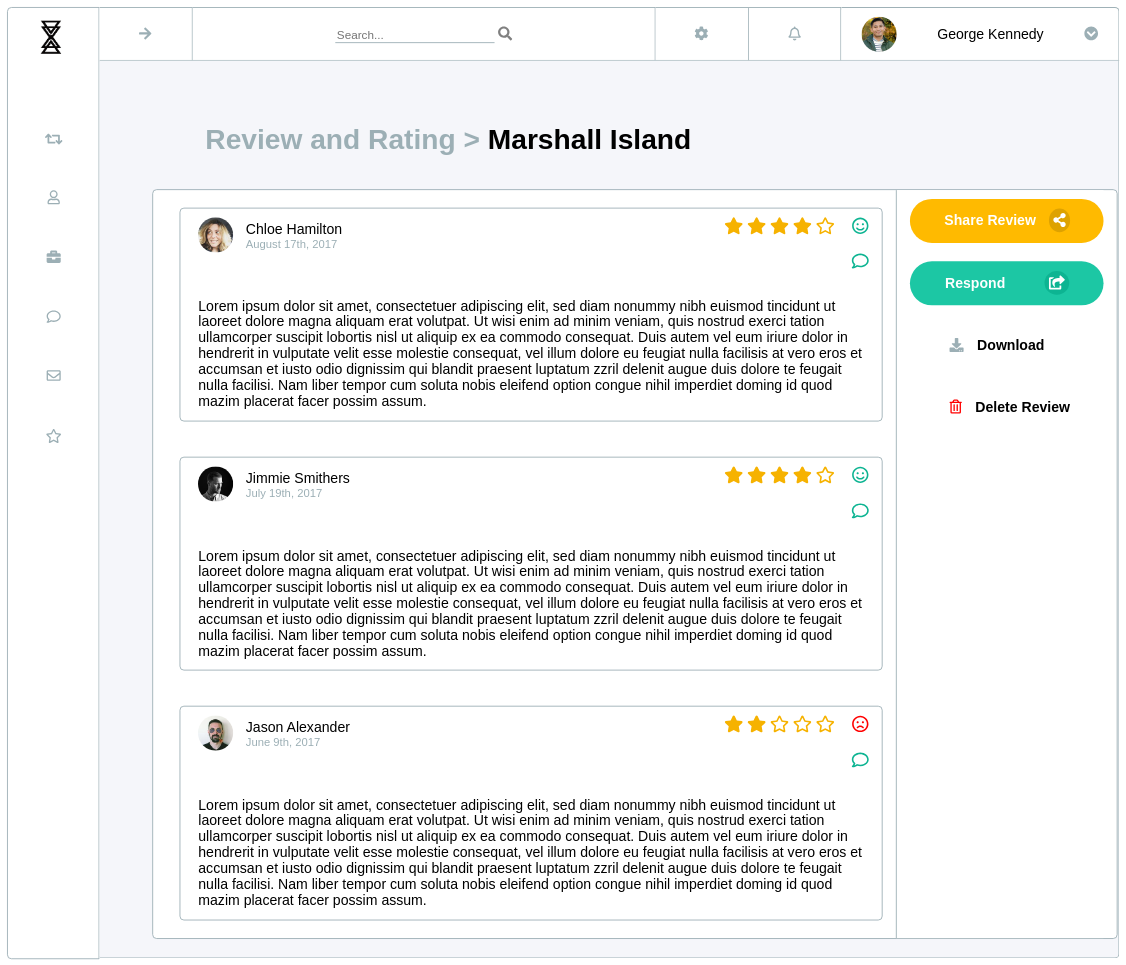
Repository: WKWilson7392/advanced-css
Page: index.html
The author's editor kept a record of every edit. The page is drawn from the files as they stood at one moment, then again after the next edit.
The browser window is 1280 px wide. The pictures show the whole page, at 88% of full size.
Some web libraries are served in a nearby version.

Above is the page before.

### index.html
<!DOCTYPE html>
<html>
  <head>
    <meta charset="UTF-8">
  <meta name="viewport" content="width=device-width,initial-scale=1">
    <title>title</title>
  <meta name="author" content="name">
  <meta name="description" content="description here">
  <meta name="keywords" content="keywords,here">
  <link rel="shortcut icon" href="favicon.ico" type="image/vnd.microsoft.icon">
  <link href="https://use.fontawesome.com/releases/v5.0.6/css/all.css" rel="stylesheet">
  <script defer src="https://use.fontawesome.com/releases/v5.0.6/js/all.js"></script>
  <link rel="stylesheet" href="css/main.css" type="text/css">
  </head>
  <body>
  <div class="mainWrapper">
    <div class="sidebar">
      <div class="logo">
        <a href="#"><img src="img/logo.png" height="50px" width="50px"></a>
      </div>
      <div class="refreshIcon">
        <a href=""><i class="fas icon fa-retweet"></i></a>
      </div>
      <div class="userIcon">
        <a href=""><i class="far icon fa-user"></i></a>
      </div>
      <div class="briefcaseIcon">
        <a href=""><i class="fas icon fa-briefcase"></i></a>
      </div>
      <div class="messages">
        <a href=""><i class="far icon fa-comment"></i></a>
      </div>
      <div class="textMessage">
        <a href=""><i class="far icon fa-envelope"></i></a>
      </div>
      <div class="favoriteIcon">
        <a href=""><i class="far icon fa-star"></i></a>
      </div>
    </div>
    <div class="arrowIcon">
      <a href="#"><i class="fas icon fa-arrow-right"></i></a>
    </div>
    <div class="searchBar">
      <div class="wrap">
         <div class="search">
            <input type="text" class="searchTerm" placeholder="Search...">
            <a><button type="submit" class="searchButton"></a>
              <i class="fa fa-search"></i>
           </button>
         </div>
      </div>
    </div>
    <div class="settingsIcon">
      <a href="#"><i class="fas fa-cog"></i></a>
    </div>
    <div class="alertsIcon">
      <a href="#"><i class="far fa-bell"></i></a>
    </div>
    <div class="userDropdown">
      <img src="img/face1.jpg" height="40px" width="40px">
      <p>George Kennedy</p>
      <a href="#"><i class="fas fa-chevron-circle-down"></i></a>
    </div>
    <div class="reviewArea">
      <div class="selectorText">

        <h1>Review and Rating > <a href="#">Marshall Island</a></h1>
      </div>
      <div class="reviewBox">
        <div class="box1">
          <div class="userInfo">
             <div class="infoContainer">
             <a href="#"><img src="img/face2.jpg" height="40px" width="40px"></a>
             <h4>Chloe Hamilton</h4><p>August 17th, 2017</p>
             </div>
          </div>
          <div class="rating">
            <div class="stars">
              <i class="fas fa-star"></i>
              <i class="fas fa-star"></i>
              <i class="fas fa-star"></i>
              <i class="fas fa-star"></i>
              <i class="far fa-star"></i>
              <i class="far fa-smile"></i>
            </div>
            <div class="reviewComment">
              <p></p><i class="far fa-comment"></i>
            </div>

          </div>
          <div class="review">
            Lorem ipsum dolor sit amet, consectetuer adipiscing elit,
            sed diam nonummy nibh euismod tincidunt ut laoreet dolore
            magna aliquam erat volutpat. Ut wisi enim ad minim veniam,
            quis nostrud exerci tation ullamcorper suscipit lobortis nisl
            ut aliquip ex ea commodo consequat. Duis autem vel eum iriure
            dolor in hendrerit in vulputate velit esse molestie consequat,
            vel illum dolore eu feugiat nulla facilisis at vero eros et
            accumsan et iusto odio dignissim qui blandit praesent luptatum
            zzril delenit augue duis dolore te feugait nulla facilisi.
            Nam liber tempor cum soluta nobis eleifend option congue
            nihil imperdiet doming id quod mazim placerat facer possim
            assum.
          </div>
        </div>
        <div class="longCol">
          <button type="button" class="share">Share Review <div><i class="fas fa-share-alt"></i></div></button>
          <button type="button" class="respond">Respond <div><i class="fas fa-share-square"></i></div></button>
          <div class="download">
            <a href="#"><i class="fas fa-download"></i><p>Download</p></a>
          </div>
          <div class="delete">
            <a href="#"><i class="far fa-trash-alt"></i><p>Delete Review</p></a>
          </div>
          <div>

          </div>


        </div>
        <div class="box2">
          <div class="userInfo">
             <div class="infoContainer">
             <a href="#"><img src="img/face3.jpg" height="40px" width="40px"></a>
             <h4>Jimmie Smithers</h4><p>July 19th, 2017</p>
             </div>
          </div>
          <div class="rating">
            <div class="stars">
              <i class="fas fa-star"></i>
              <i class="fas fa-star"></i>
              <i class="fas fa-star"></i>
              <i class="fas fa-star"></i>
              <i class="far fa-star"></i>
              <i class="far fa-smile"></i>
            </div>
            <div class="reviewComment">
              <p></p><i class="far fa-comment"></i>
            </div>

          </div>
          <div class="review">
            Lorem ipsum dolor sit amet, consectetuer adipiscing elit,
            sed diam nonummy nibh euismod tincidunt ut laoreet dolore
            magna aliquam erat volutpat. Ut wisi enim ad minim veniam,
            quis nostrud exerci tation ullamcorper suscipit lobortis nisl
            ut aliquip ex ea commodo consequat. Duis autem vel eum iriure
            dolor in hendrerit in vulputate velit esse molestie consequat,
            vel illum dolore eu feugiat nulla facilisis at vero eros et
            accumsan et iusto odio dignissim qui blandit praesent luptatum
            zzril delenit augue duis dolore te feugait nulla facilisi.
            Nam liber tempor cum soluta nobis eleifend option congue
            nihil imperdiet doming id quod mazim placerat facer possim
            assum.
          </div>
        </div>
        <div class="box3">
          <div class="userInfo">
             <div class="infoContainer">
             <a href="#"><img src="img/face4.jpg" height="40px" width="40px"></a>
             <h4>Jason Alexander</h4><p>June 9th, 2017</p>
             </div>
          </div>
          <div class="rating">
            <div class="stars">
              <i class="fas fa-star"></i>
              <i class="fas fa-star"></i>
              <i class="far fa-star"></i>
              <i class="far fa-star"></i>
              <i class="far fa-star"></i>
              <i class="far fa-frown"></i>
            </div>
            <div class="reviewComment">
              <p></p><i class="far fa-comment"></i>
            </div>

          </div>
          <div class="review">
            Lorem ipsum dolor sit amet, consectetuer adipiscing elit,
            sed diam nonummy nibh euismod tincidunt ut laoreet dolore
            magna aliquam erat volutpat. Ut wisi enim ad minim veniam,
            quis nostrud exerci tation ullamcorper suscipit lobortis nisl
            ut aliquip ex ea commodo consequat. Duis autem vel eum iriure
            dolor in hendrerit in vulputate velit esse molestie consequat,
            vel illum dolore eu feugiat nulla facilisis at vero eros et
            accumsan et iusto odio dignissim qui blandit praesent luptatum
            zzril delenit augue duis dolore te feugait nulla facilisi.
            Nam liber tempor cum soluta nobis eleifend option congue
            nihil imperdiet doming id quod mazim placerat facer possim
            assum.
          </div>

        </div>
      </div>

    </div>


  </div>
  <script src="//ajax.googleapis.com/ajax/libs/jquery/1.7.2/jquery.min.js" type="text/javascript"></script>
  </body>
</html>

### css/main.css
body {
    font-family: "Prompt", sans-serif;
}

.icon::before {
    display: inline-block;
    margin-right: .5em;
    font: normal normal normal 14px/1 FontAwesome;
    font-size: inherit;
    text-rendering: auto;
    -webkit-font-smoothing: antialiased;
    -moz-osx-font-smoothing: grayscale;
    transform: translate(0, 0);
}

button, input[type="submit"], input[type="reset"] {
    background: none;
    color: inherit;
    border: none;
    padding: 0;
    font: inherit;
    cursor: pointer;
    outline: inherit;
}

.mainWrapper {
    display: grid;
    grid-template-columns: 1fr 1fr 5fr 1fr 1fr 3fr;
    grid-template-rows: 60px 1fr;

}

.sidebar {
    grid-column: 1 / 2;
    background: white;
    height: 1080px;
    border-bottom: 1px solid #9CAFB5;
    border-right: 1px solid #9CAFB5;
    display: grid;
    grid-template-rows: 2fr 1fr 1fr 1fr 1fr 1fr 1fr 8fr;
    justify-items: center;
    border-radius: 5px 0 0 5px;
    border-left: 1px solid #9CAFB5;
    border-top: 1px solid #9CAFB5;
    align-items: center;


}

.sidebar .logo {
    padding-top: 20px;
}
.sidebar .logo:hover {
    border: none;
}



.logo{
    padding-top: 5px;
}
.arrowIcon {
    background: white;
    height: 60px;
    border-right: 1px solid #9CAFB5;
    border-bottom: 1px solid #9CAFB5;
    display: flex;
    align-items: center;
    justify-content: center;
    border-top: 1px solid #9CAFB5
}

.searchBar {
    background: white;
    height: 60px;
    border-right: 1px solid #9CAFB5;
    border-bottom: 1px solid #9CAFB5;
    display: flex;
    align-items: center;
    justify-content: center;
    border-top: 1px solid #9CAFB5
}

.searchButton {
    border: none;
    background: white;
    color: grey;
}
.searchTerm {
    border: none;
    border-bottom: 1px solid #9CAFB5;
}

.searchTerm:focus {
    border: none;
    border-bottom: 1px solid #9CAFB5;
    outline: none;
}


.settingsIcon {
    background: white;
    height: 60px;
    border-right: 1px solid #9CAFB5;
    border-bottom: 1px solid #9CAFB5;
     display: flex;
    align-items: center;
    justify-content: center;
    border-top: 1px solid #9CAFB5
}

.alertsIcon {
    background: white;
    height: 60px;
    border-right: 1px solid #9CAFB5;
    border-bottom: 1px solid #9CAFB5;
     display: flex;
    align-items: center;
    justify-content: center;
    border-top: 1px solid #9CAFB5
}

.userDropdown {
    background: white;
    height: 60px;
    border-right: 1px solid #9CAFB5;
     display: flex;
    align-items: center;
    justify-content: space-around;
    border-radius: 0 5px 0 0;
    border-top: 1px solid #9CAFB5
}

.userDropdown img {
    border-radius: 50%;
}
.userDropdown p {
    color: black;
    font-size: 1rem;
}

.reviewArea {
    background: #F5F6FA;
    grid-column: 2 / 12;
    grid-row: 2 / 3;
    height: 1019px;
    border-top: 1px solid #9CAFB5;
    border-bottom: 1px solid #9CAFB5;
    border-right: 1px solid #9CAFB5;
    border-radius: 0 0 5px 0;
}

.reviewArea {
    display: grid;
    grid-template-rows: 1fr 6fr;
    grid-columns: 1fr 4fr 1fr;

}
a {
    color: #9CAFB5
}
.sidebar  a .icon {
    width: 100%;
    padding: 30% 0 20% 0 ;
}
.sidebar a {
    height: 100%;
}
.sidebar div:hover {
    border-right: 2.5px solid #2ACAA9;
}

.sidebar div {
    height: 100%;
}
.sidebar a .icon:hover {
    color: #2ACAA9;


}

a:hover {
    color: #2ACAA9;
}

.selectorText {
    display: inline-block;
    text-decoration: none;
    color: #9CAFB5;
    padding: 50px 0 50px 120px;
    margin-bottom: -60px;

}

.selectorText a {
    text-decoration: none;
    color: black;
}

.reviewBox {
    height: 850px;
    width: 92%;
    margin-left: 60px;
    margin-right: 80px;
    display: grid;
    grid-template-rows: 1fr 1fr 1fr;
    grid-template-columns: 4fr 1fr;
    border: 1px solid #9CAFB5;
    border-radius: 5px;
    padding: 0px 15px;
    background: white;


}

.box1 {
    background: white;
    grid-row: 1 / 2;
    grid-column: 1 / 3;
    display: flex;
    flex-flow: row wrap;
    justify-content: space-between;
    border: 1px solid #9CAFB5;
    border-radius: 5px;
    margin: 20px 15px;
}

.longCol {
    background: white;
    grid-row: 1 / 4;
    grid-column: 3 / 4;
    border-left: 1px solid #9CAFB5;
    display: grid;
    grid-template-rows: 1fr 1fr 1fr 1fr 8fr;
    justify-content: center;
    align-items: center;
}

.box2 {
    background: white;
    grid-row: 2 / 3;
    grid-column: 1 / 3;
    display: flex;
    flex-flow: row wrap;
    justify-content: space-between;
    border: 1px solid #9CAFB5;
    border-radius: 5px;
    margin: 20px 15px;

}

.box3 {
    background: white;
    grid-row: 3 / 4;
    grid-column: 1 / 3;
    display: flex;
    flex-flow: row wrap;
    justify-content: space-between;
    border: 1px solid #9CAFB5;
    border-radius: 5px;
    margin: 20px 15px;

}

.box1:hover, .box2:hover, .box3:hover {
     border: 2px solid #2ACAA9;

}

.userInfo {
    flex-grow: 1;

}

.infoContainer h4, p {
 margin: 0;
}
.infoContainer h4 {
    padding-top: 15px;
    font-weight: 400;
}

.infoContainer p {
    font-size: .8rem;
    color: #9CAFB5;
}

.userInfo a img {
    margin-top: 10px;
    margin-left: 20px;
    margin-right: 14px;
    border-radius: 50%;
    float: left;
}

.rating .stars {
    padding: 10px 15px;

}

.rating .stars .fa-star {
    color: #F6B200;
    font-size: 1.2rem
}

.rating .stars .fa-smile {
    margin-left: 15px;
}
.rating .stars .fa-frown {
    margin-left: 15px;
}


.rating .stars .fa-smile {
    color: #0DB492;
    font-size: 1.2rem
}

.rating .stars .fa-frown {
    color: red;
    font-size: 1.2rem
}
.rating .reviewComment .fa-comment {
    float: right;
    padding: 10px 15px;
}

.reviewComment .fa-comment {
    color: #0DB492;
    font-size: 1.2rem;
}

.review {
     margin-top: 10px;
    margin-left: 20px;
    margin-right: 14px;
}

.longCol .share {
    width: 220px;
    height: 70%;
    margin-left: 15px;
    background: #FFBA00;
    color: white;
    font-weight: 600;
    border-radius: 30px;

}
.longCol .share div {
    display: inline;
    margin-left: 10px;
    background: #DEA200;
    padding: 5px;
    border-radius: 50%;
}

.longCol .respond {
    width: 220px;
    height: 70%;
    margin-left: 15px;
    background: #1CC7A4;
    color: white;
    font-weight: 600;
    border-radius: 30px;
}
.longCol .respond div {
    display: inline;
    margin-left: 40px;
    background: #0DB492;
    padding: 5px;
    border-radius: 50%;
}
.longCol a {
    text-decoration: none;
}
.longCol .download p {
    display: inline;
    padding-left: 15px;
    color: black;
    font-weight: 600;

}

.longCol .download {
    margin-left: 60px;
}

.longCol .download .fa-download {
    color: #9CAFB5;
}


.longCol .delete p {
    display: inline;
    padding-left: 15px;
    color: black;
    text-decoration: none;
    font-weight: 600;

}

.longCol .delete {
    margin-left: 60px;
}

.longCol .delete .fa-trash-alt {
    color: red;
}

After the next edit:
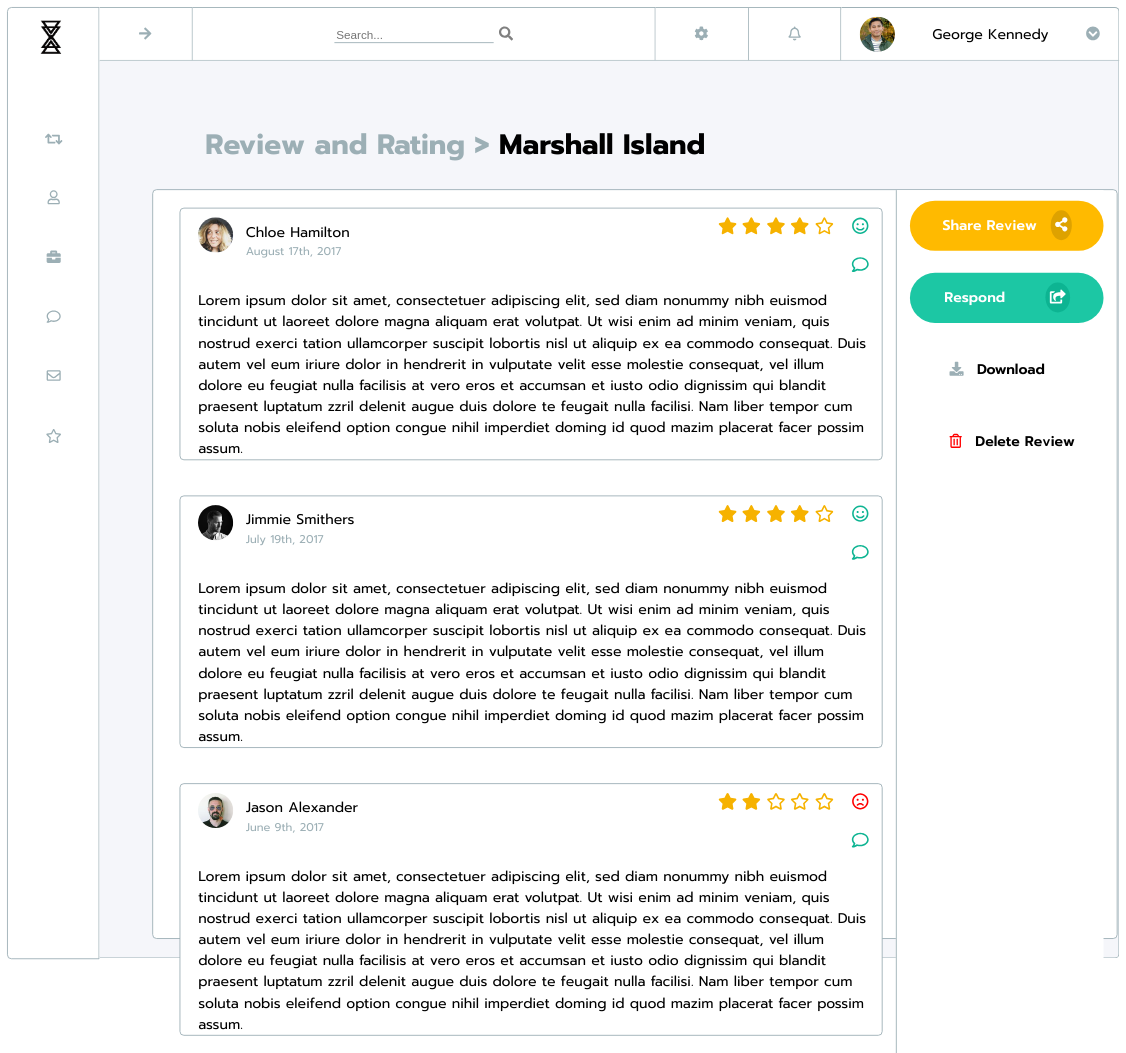
The edit:
--- a/index.html
+++ b/index.html
@@ -11,6 +11,8 @@
   <link href="https://use.fontawesome.com/releases/v5.0.6/css/all.css" rel="stylesheet">
   <script defer src="https://use.fontawesome.com/releases/v5.0.6/js/all.js"></script>
   <link rel="stylesheet" href="css/main.css" type="text/css">
+  <link href="https://fonts.googleapis.com/css?family=Prompt:300,400,600,700" rel="stylesheet">
+
   </head>
   <body>
   <div class="mainWrapper">
